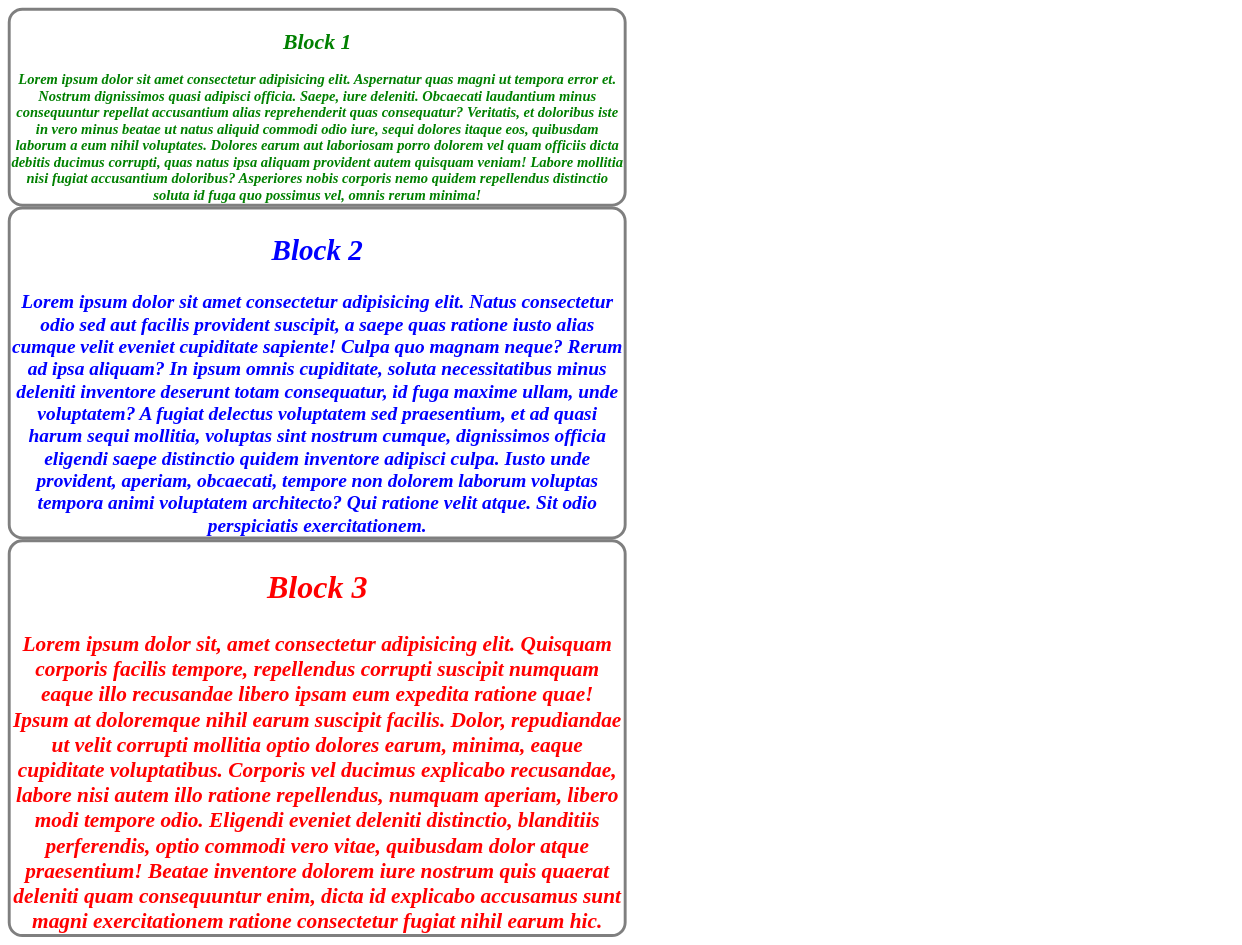
Repository: archangel88/elbrus_homework
Page: phase-0/week-3/day-3/css-fonts/index.html
An editor plug-in stored every save of this project. The page is shown before and after the next save, followed by the edit.
The browser window is 1280 px wide. The pictures show the whole page, at 97% of full size.

Above is the page before, as saved 2025-10-08 23:13:52.

### phase-0/week-3/day-3/css-fonts/index.html
<!DOCTYPE html>
<html lang="en">
<head>
    <meta charset="UTF-8">
    <meta name="viewport" content="width=device-width, initial-scale=1.0">
    <title>Document</title>
    <link rel="preconnect" href="https://fonts.googleapis.com">
<link rel="preconnect" href="https://fonts.gstatic.com" crossorigin>
<link href="https://fonts.googleapis.com/css2?family=IBM+Plex+Mono:ital,wght@0,100;0,200;0,300;0,400;0,500;0,600;0,700;1,100;1,200;1,300;1,400;1,500;1,600;1,700&display=swap" rel="stylesheet">
    <link rel="stylesheet" href="./style.css" />
</head>
<body>
   <div class="n1">
    <h2>
        Block 1
    </h2>
        Lorem ipsum dolor sit amet consectetur adipisicing elit. Aspernatur quas magni ut tempora error et. Nostrum dignissimos quasi adipisci officia. Saepe, iure deleniti. Obcaecati laudantium minus consequuntur repellat accusantium alias reprehenderit quas consequatur? Veritatis, et doloribus iste in vero minus beatae ut natus aliquid commodi odio iure, sequi dolores itaque eos, quibusdam laborum a eum nihil voluptates. Dolores earum aut laboriosam porro dolorem vel quam officiis dicta debitis ducimus corrupti, quas natus ipsa aliquam provident autem quisquam veniam! Labore mollitia nisi fugiat accusantium doloribus? Asperiores nobis corporis nemo quidem repellendus distinctio soluta id fuga quo possimus vel, omnis rerum minima!
   </div>
   <div class="n2">
    <h2>
        Block 2
    </h2>
        Lorem ipsum dolor sit amet consectetur adipisicing elit. Natus consectetur odio sed aut facilis provident suscipit, a saepe quas ratione iusto alias cumque velit eveniet cupiditate sapiente! Culpa quo magnam neque? Rerum ad ipsa aliquam? In ipsum omnis cupiditate, soluta necessitatibus minus deleniti inventore deserunt totam consequatur, id fuga maxime ullam, unde voluptatem? A fugiat delectus voluptatem sed praesentium, et ad quasi harum sequi mollitia, voluptas sint nostrum cumque, dignissimos officia eligendi saepe distinctio quidem inventore adipisci culpa. Iusto unde provident, aperiam, obcaecati, tempore non dolorem laborum voluptas tempora animi voluptatem architecto? Qui ratione velit atque. Sit odio perspiciatis exercitationem.
   </div>
   <div class="n3">
    <h2>
        Block 3
    </h2>
        Lorem ipsum dolor sit, amet consectetur adipisicing elit. Quisquam corporis facilis tempore, repellendus corrupti suscipit numquam eaque illo recusandae libero ipsam eum expedita ratione quae! Ipsum at doloremque nihil earum suscipit facilis. Dolor, repudiandae ut velit corrupti mollitia optio dolores earum, minima, eaque cupiditate voluptatibus. Corporis vel ducimus explicabo recusandae, labore nisi autem illo ratione repellendus, numquam aperiam, libero modi tempore odio. Eligendi eveniet deleniti distinctio, blanditiis perferendis, optio commodi vero vitae, quibusdam dolor atque praesentium! Beatae inventore dolorem iure nostrum quis quaerat deleniti quam consequuntur enim, dicta id explicabo accusamus sunt magni exercitationem ratione consectetur fugiat nihil earum hic.
   </div>
</body>
</html>

### phase-0/week-3/day-3/css-fonts/style.css
div {
    display: inline-block;
    text-align:center;
    width: 50%;
    border: 3px solid rgb(0,0,0,0.5);
    border-radius: 15px;
    vertical-align: top;
}

.n1{
    font-family: IBM, bottom;
    font-weight: 900;
    font-style: oblique;
    font-size: 15px;
    color: green;
}

.n2{
    font-family: IBM, bottom;
    font-weight: 900;
    font-style: oblique;
    font-size: 20px;
    color: blue;
}

.n2_h2{
   font-family: IBM, bottom;
    font-weight: 900;
    font-style: oblique;
    font-size: 15px;
    color: black;
}

.n3{
    font-family: IBM, bottom;
    font-weight: 900;
    font-style: oblique;
    font-size: 22px;
    color: red;
}

After the next save:
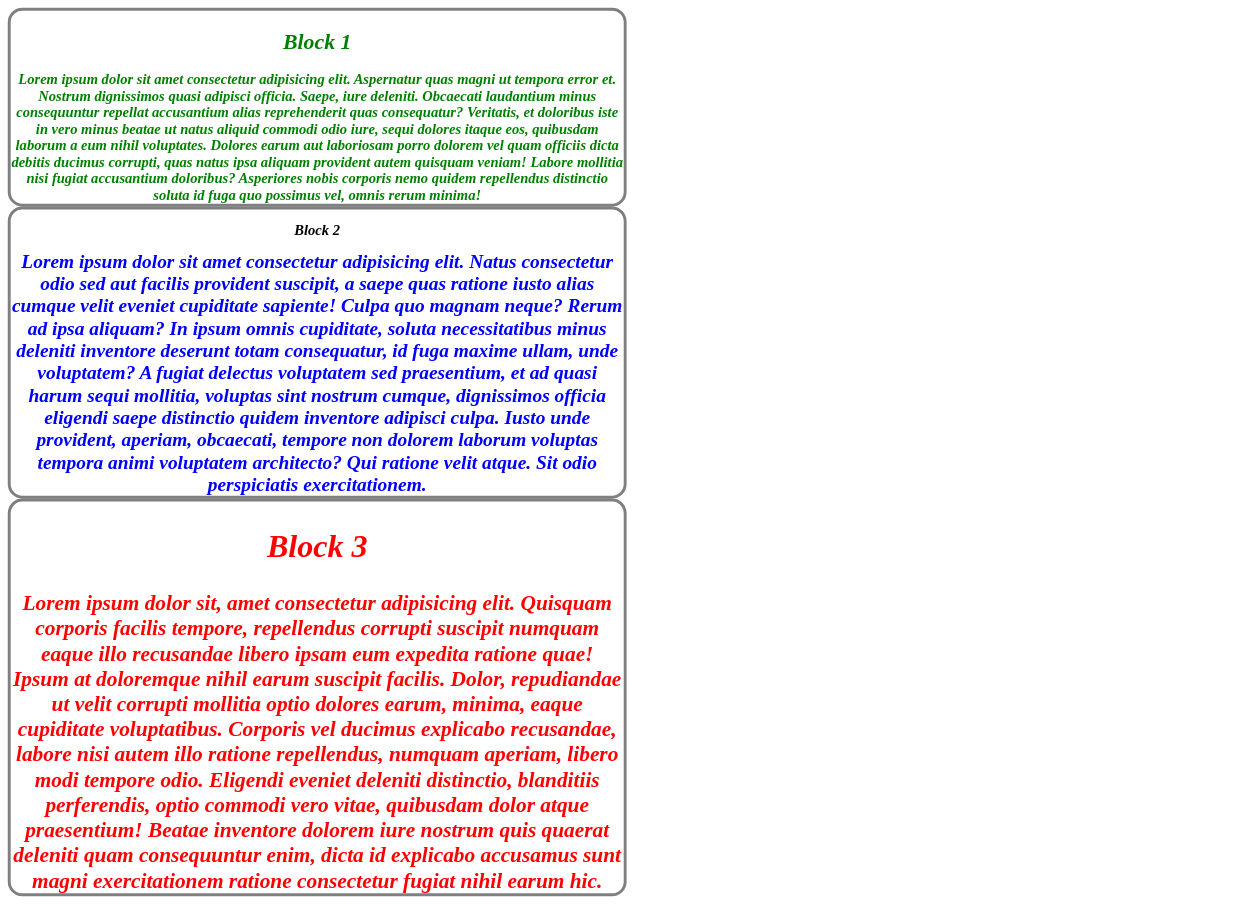
Saved 2 min 28 s later.
--- a/phase-0/week-3/day-3/css-fonts/style.css
+++ b/phase-0/week-3/day-3/css-fonts/style.css
@@ -23,7 +23,7 @@ div {
     color: blue;
 }
 
-.n2_h2{
+.n2 h2{
    font-family: IBM, bottom;
     font-weight: 900;
     font-style: oblique;
